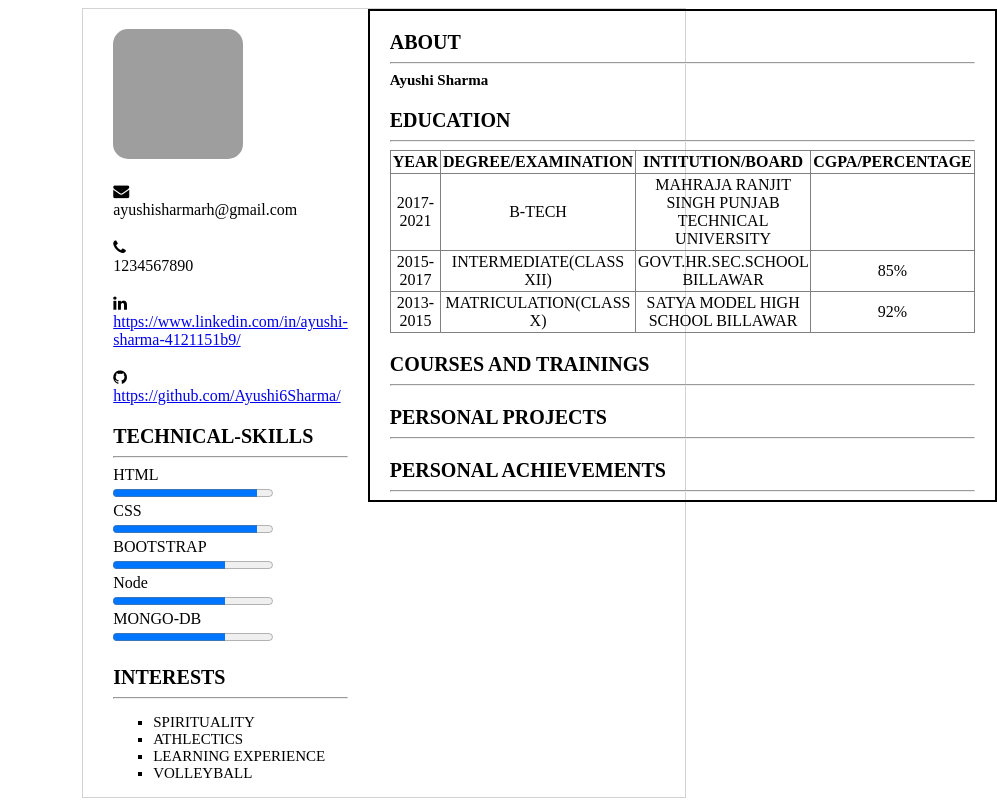
Repository: Ayushi6Sharma/Resume
Page: index.html
An editor plug-in stored every save of this project. The page is shown before and after the next save, followed by the edit.
The browser window is 768 px wide. The page is 997 px wide, then 785 px, so the pictures cover 997 px, including what lies to the right of the window. The pictures show the whole page.
Pictures or frames that could not be fetched are drawn as grey boxes.

Above is the page before, as saved 2022-05-04 11:50:09.

After the next save:
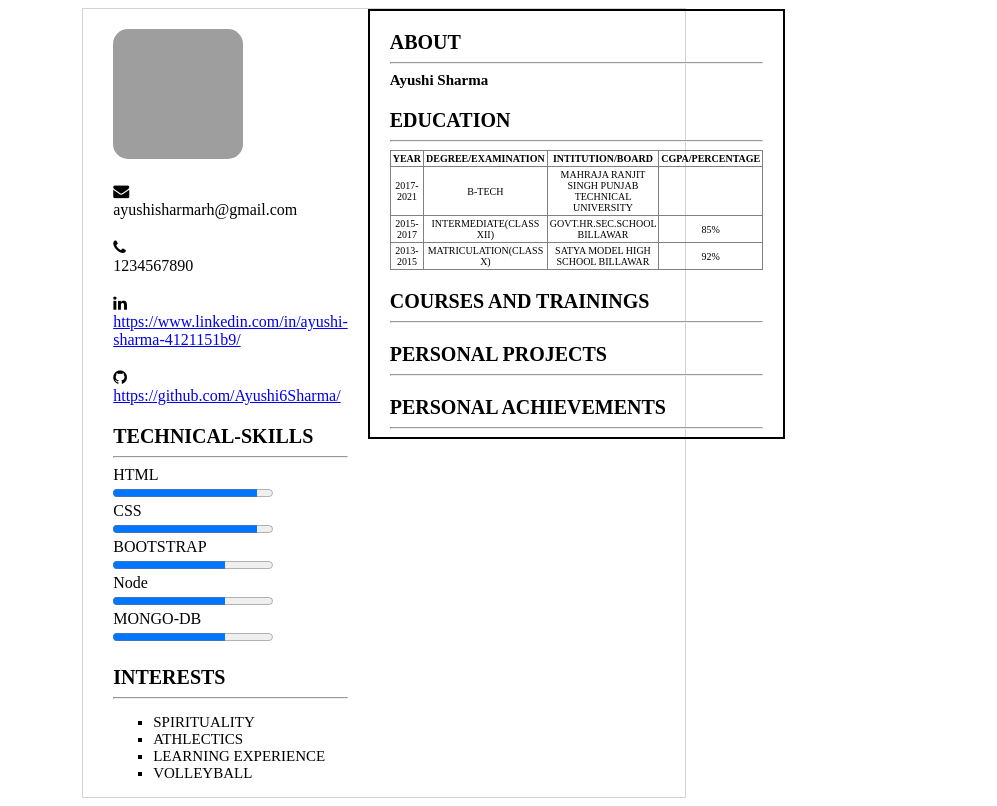
Saved 47 s later.
--- a/style.css
+++ b/style.css
@@ -77,6 +77,9 @@ table,th,td
     {
         font-size: 15px;;
     }
+}
+@media only screen and (max-width:900px)
+{
     table
     {
         font-size: 10px;
